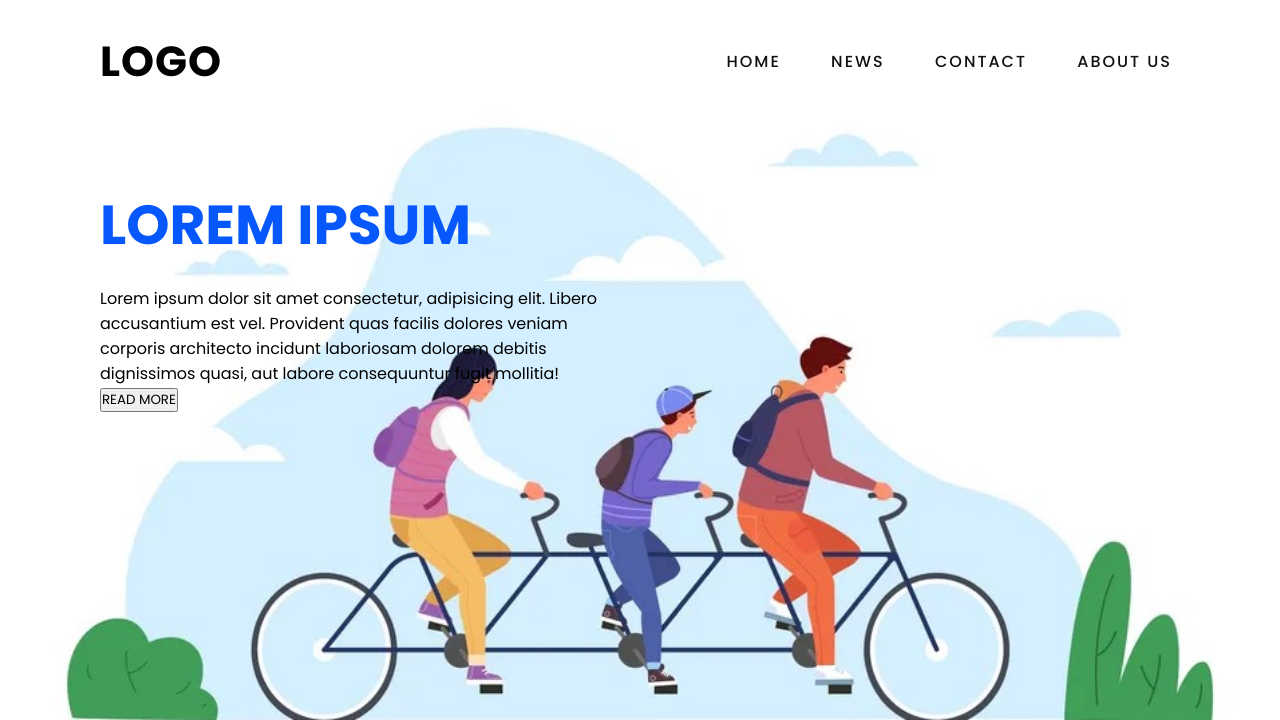
Repository: nganha241/1806
Page: index.html
These files come from the project's save history. The page is drawn as it stood at one moment and after the next save; the edit follows.
The browser window is 1280 px wide. The pictures show the whole page.

Above is the page before, as saved 2022-06-18 15:50:58.

### index.html
<!DOCTYPE html>
<html lang="en">
  <head>
    <meta charset="UTF-8" />
    <meta http-equiv="X-UA-Compatible" content="IE=edge" />
    <meta name="viewport" content="width=device-width, initial-scale=1.0" />
    <title>Document</title>
    <link rel="stylesheet" href="style.css" />
  </head>
  <body>
    <section>
      <header>
        <div class="logo">
          <h2>Logo</h2>
        </div>
        <div class="navigation">
          <a href="#">Home</a>
          <a href="#">News</a>
          <a href="#">Contact</a>
          <a href="#">About us</a>
        </div>
      </header>
      <div class="content">
        <h1 class="title">LOREM IPSUM</h1>
        <p>
          Lorem ipsum dolor sit amet consectetur, adipisicing elit. Libero
          accusantium est vel. Provident quas facilis dolores veniam corporis
          architecto incidunt laboriosam dolorem debitis dignissimos quasi, aut
          labore consequuntur fugit mollitia!
        </p>
        <button class="btn-more">READ MORE</button>
      </div>
    </section>
  </body>
</html>

### style.css
@import url('https://fonts.googleapis.com/css2?family=Poppins:wght@300;400;500;600;700;800;900&display=swap');

* {
    box-sizing: border-box;
    padding: 0;
    margin: 0;
    font-family: 'Poppins', sans-serif;
}

a {
    text-decoration: none;
}

section {
    width: 100%;
    min-height: 100vh;
    display: flex;
    flex-direction: column;
    justify-content: flex-start;
    background: url('./bg.jpg');
    background-size: cover;
    background-position: center;
}

section header {
    position: relative;
    top: 0;
    width: 100%;
    padding: 30px 100px;
    display: flex;
    justify-content: space-between;
    align-items: center;
}

.logo {
    position: relative;
    font-size: 28px;
    letter-spacing: 1px;
    cursor: pointer;
    text-transform: uppercase;
}

.navigation a{
   letter-spacing: 2px;
   background: none;
   padding: 5px 8px;
   text-transform: uppercase;
   font-weight: 500;
   border-radius: 20px;
   color: #111;
   transition: 0.4s;
    transition-property: background;
}

.navigation a:not(:last-child) {
    margin-right: 30px;
}

.navigation a:hover {
    color: #fff;
    background: rgb(102, 167, 252);
    transition: 0.4s;
}

.content {
    margin: 60px 100px;
    width: 40%;
}

.title {
    margin-bottom: 20px;
    text-transform: uppercase;
    font-weight: 700;
    font-size: 55px;
    color: rgb(6, 88, 252);
}

After the next save:
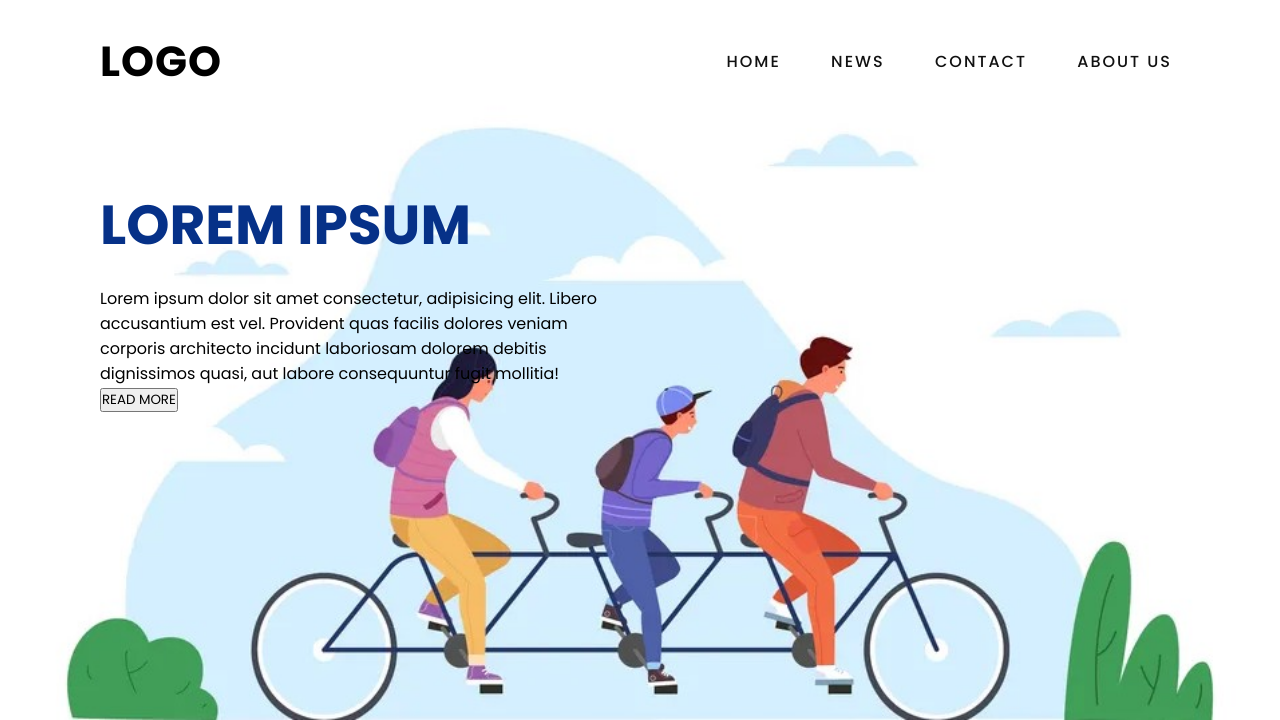
Saved 5 s later.
--- a/style.css
+++ b/style.css
@@ -72,5 +72,5 @@ section header {
     text-transform: uppercase;
     font-weight: 700;
     font-size: 55px;
-    color: rgb(6, 88, 252);
+    color: rgb(6, 49, 136);
 }
